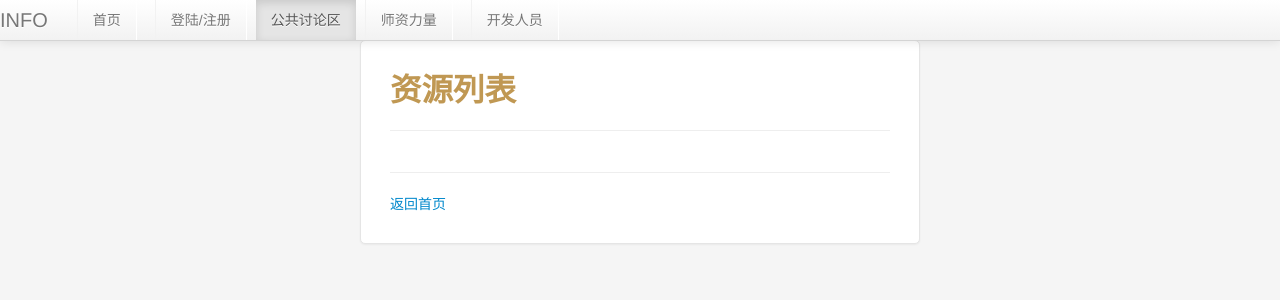
Repository: hbisheng/Academic-portal-website
Page: http://localhost/NewInfo/media/index.jsp
These files come from the project's save history. The page is drawn as it stood at one moment and after the next save; the edit follows.
The browser window is 1280 px wide. The pictures show the whole page.
The page is served by Tomcat 9. Other server files are loaded and not shown. Queries for data that is not in the repository find no rows.

Above is the page before, as saved 2014-09-22 00:27:43.

### Java_info/NewInfo/WebContent/media/index.jsp
<%@page import="edu.thu.cs.*"%>
<%@page import="jdbc.*"%>
<%@page import="java.util.*"%>

<%@ page language="java" contentType="text/html; charset=UTF-8"
    pageEncoding="UTF-8"%>
<!DOCTYPE html PUBLIC "-//W3C//DTD HTML 4.01 Transitional//EN" "http://www.w3.org/TR/html4/loose.dtd">
<html>
<head>
<meta http-equiv="Content-Type" content="text/html; charset=UTF-8">
<link href="../bootstrap/css/bootstrap.css" rel="stylesheet">
    <style type="text/css">
      body {
        padding-top: 40px;
        padding-bottom: 40px;
        background-color: #f5f5f5;
      }

      .form-signin {
        max-width: 500px;
        padding: 19px 29px 29px;
        margin: 0 auto 20px;
        background-color: #fff;
        border: 1px solid #e5e5e5;
        -webkit-border-radius: 5px;
           -moz-border-radius: 5px;
                border-radius: 5px;
        -webkit-box-shadow: 0 1px 2px rgba(0,0,0,.05);
           -moz-box-shadow: 0 1px 2px rgba(0,0,0,.05);
                box-shadow: 0 1px 2px rgba(0,0,0,.05);
      }
      .form-signin .form-signin-heading,
      .form-signin .checkbox {
        margin-bottom: 10px;
      }
      .form-signin input[type="text"],
      .form-signin input[type="password"] {
        font-size: 16px;
        height: auto;
        margin-bottom: 15px;
        padding: 7px 9px;
      }

    </style>
<link href="../bootstrap/css/bootstrap-responsive.css" rel="stylesheet">
<title>Insert title here</title>
</head>
<body>

<div class="navbar nav-pills navbar-fixed-top">
  <div class="navbar-inner">
    <a class="brand" href="#">INFO</a>
    <ul class="nav">
      <li class="divider-vertical"><a href="../home.jsp">首页</a></li>
      <%
      	User user_tmp = (User)session.getAttribute("user");
      	if(user_tmp == null)
      	{
      		%><li class="divider-vertical" font face = "微软雅黑"><a href="../account/login.jsp">登陆/注册</a></li> <%
      	}
      	else
      	{
      		String url = "../account/user_info.jsp?id="+user_tmp.id;
      		%><li class="divider-vertical"  font face = "微软雅黑"><a href=<%=url%>><%=user_tmp.nickname%></a></li> <%
      	}

      %><li class="active"><a href="../discussion/index.jsp">公共讨论区</a></li><%

      if(user_tmp != null)
      {
	      	%><li class="divider-vertical"><a href="../courses/index.jsp">网络学堂</a></li>
	      	<li class="divider-vertical"><a href="../notice/index.jsp">教务公告</a></li>
	      	<li class="divider-vertical"><a href="../media/index.jsp">外部资源</a></li><%
      }

      %><li class="divider-vertical"><a href="../intro.jsp">师资力量</a></li>
      <li class="divider-vertical"><a href="../author.jsp">开发人员</a></li>
    </ul>
  </div>
</div>


<div class="container form-signin">
 <div class="row-fluid">



<h2 class="form-signin-heading text-warning">资源列表</h2>
<%
	String this_url = "media_manage.jsp";
	JdbcDao jdbc = new JdbcDao();
	String action = request.getParameter("action");
	System.out.println(action);
	if(action != null)
	{
		if(action.equals("delete"))
		{
			String id_string = request.getParameter("id");
			if(id_string != null)
			{
				int media_id = Integer.parseInt(id_string);
				jdbc.delMedia(media_id);
				System.out.println("delete the media");
			}
		}
	}
%>

<hr>
<%
	List<Integer> c= jdbc.getMediaIndex(0);
	int cnt = 0;
	if(c!=null){
		%><table><%
		for(Integer i : c)
		{
			++cnt;
			Media media = jdbc.getMedia(i);
			String show_url= "../media/show.jsp?id="+media.id;
			String del_url = this_url+"?action=delete&id="+media.id;

			%><tr><td><%=media.content%></td><%
			%><td><%=media.name%></td><%
			%><td><%

			if(media.type == 1)
			{
				%>图片<%
			}
			else if(media.type == 2)
			{
				%>音频<%
			}else if(media.type==3)
			{
				%>视频<%
			}

			%></td><%

			%><td><a href="<%=show_url%>">查看</a></td></tr><%
		}
		%></table><%
	}
%>

<hr><a href="../home.jsp">返回首页</a>
</div>
</div>
</body>
</html>

Loaded but not shown: Java_info/NewInfo/WebContent/bootstrap/css/bootstrap.css (library); Java_info/NewInfo/WebContent/bootstrap/css/bootstrap-responsive.css (library); Java_info/NewInfo/src/jdbc/JdbcDao.java (883 lines, source omitted)

After the next save:
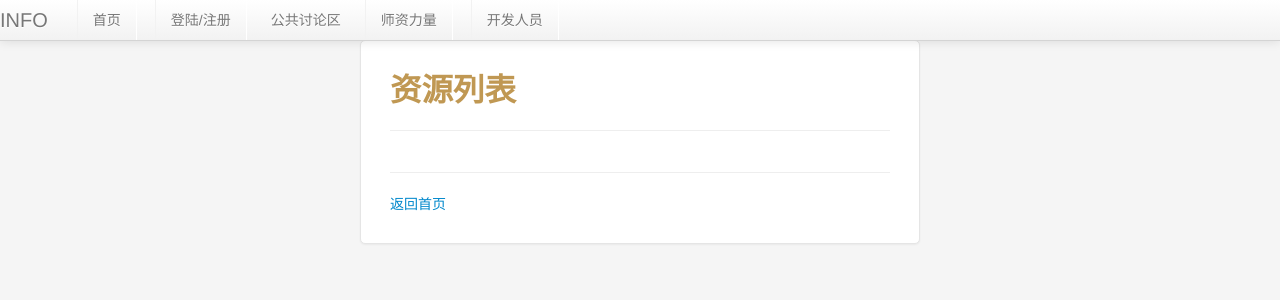
Saved 5 s later.
--- a/Java_info/NewInfo/WebContent/media/index.jsp
+++ b/Java_info/NewInfo/WebContent/media/index.jsp
@@ -64,7 +64,7 @@
       		%><li class="divider-vertical"  font face = "微软雅黑"><a href=<%=url%>><%=user_tmp.nickname%></a></li> <%
       	}
 
-      %><li class="active"><a href="../discussion/index.jsp">公共讨论区</a></li><%
+      %><li class=><a href="../discussion/index.jsp">公共讨论区</a></li><%
 
       if(user_tmp != null)
       {
